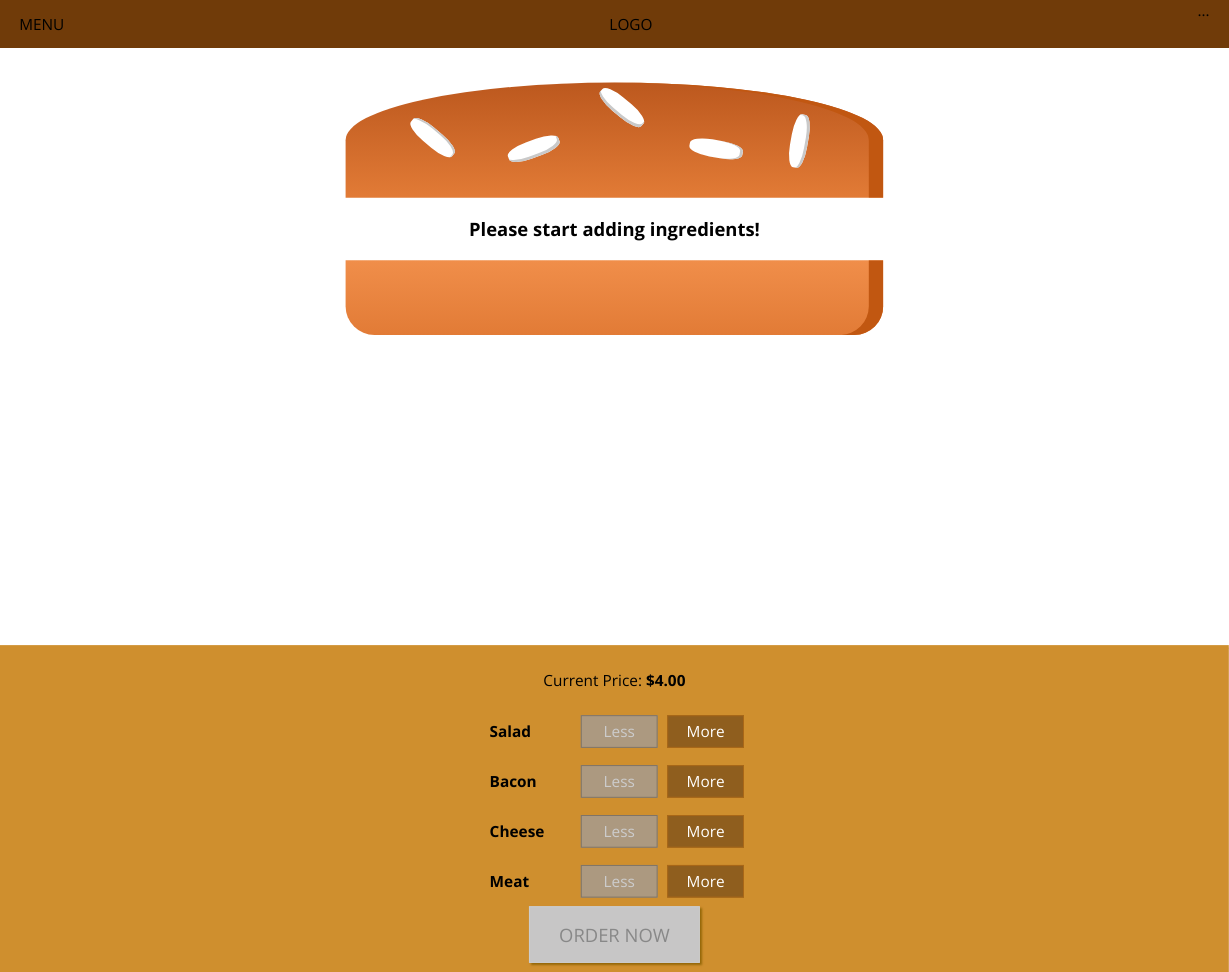
Repository: AbdulMutaal/Burger-Builder
Page: /
An editor plug-in stored every save of this project. The page is shown before and after the next save, followed by the edit.
The browser window is 1280 px wide. The pictures show the whole page, at 96% of full size.
The project was rebuilt for these pictures with package versions that can differ from the ones it lists, and the page was loaded fresh each time. Also part of the build but not shown: src/components/UI/Backdrop/Backdrop.module.css, src/components/UI/Backdrop/Backdrop.js.

Above is the page before, as saved 2021-12-08 11:42:41.

After the next save:
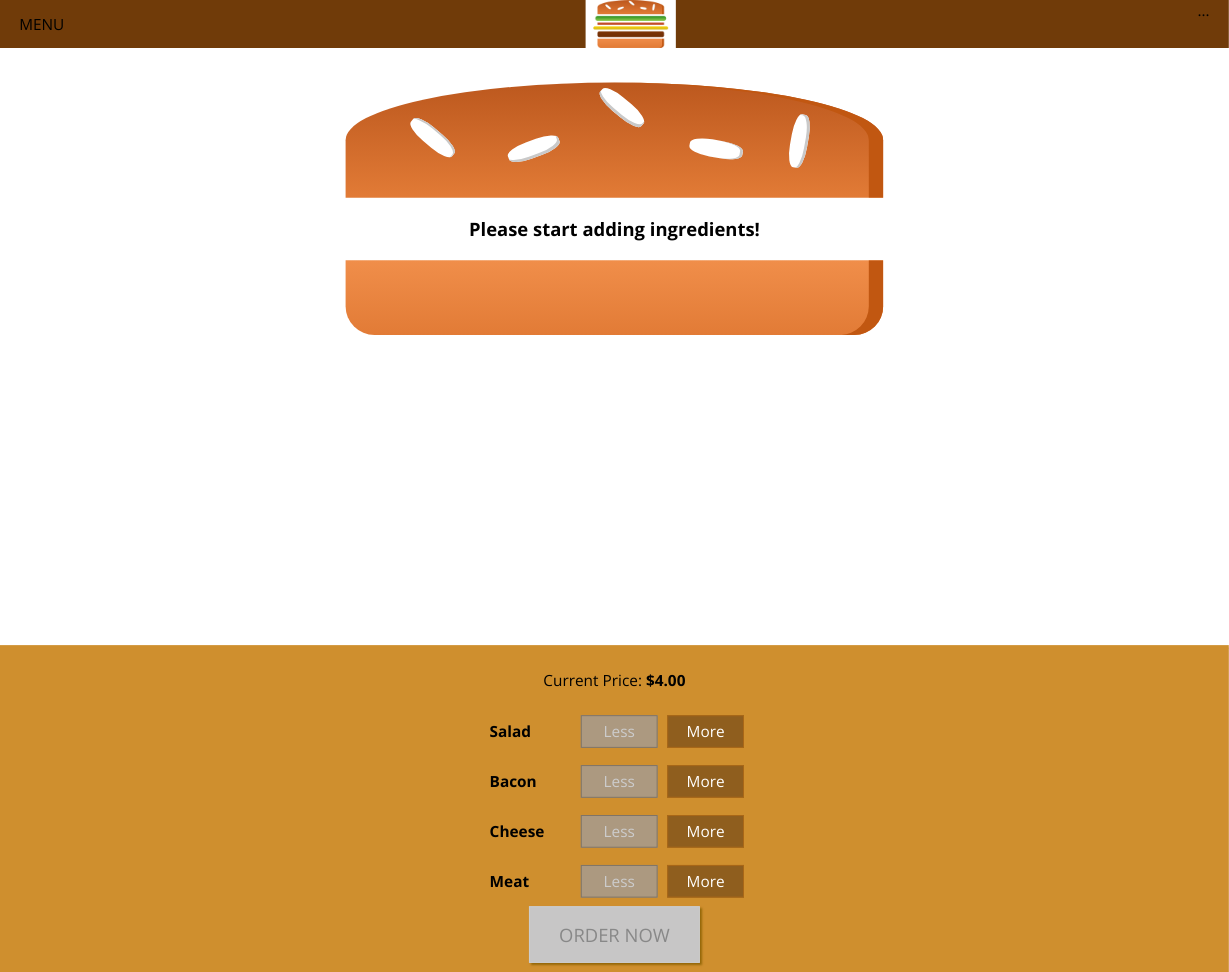
Saved 42 s later.
--- a/src/components/Navigation/Toolbar/Toolbar.js
+++ b/src/components/Navigation/Toolbar/Toolbar.js
@@ -1,11 +1,12 @@
 import React from 'react';
 
 import classes from './Toolbar.module.css';
+import Logo from '../../Logo/Logo';
 
 const toolbar = (props) => (
     <header className={classes.Toolbar}>
         <div>MENU</div>
-        <div>LOGO</div>
+        <Logo />
         <nav>
             ...
         </nav>
